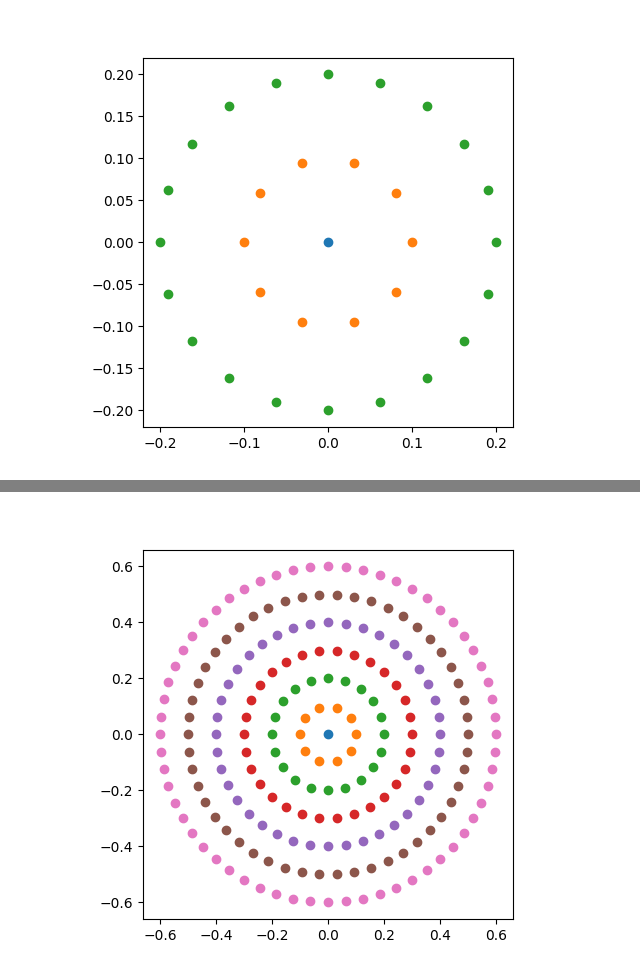
Repository: moein1379/DeepLearning
Script's output: python pandaExercise.py
These files come from the project's save history. The script's output is drawn as it stood at one moment and after a run of saves; the edit follows.
Each picture stacks the figures in order, with grey between them; figures that are only written to a file come last. Random numbers start from a fixed seed.

Above is the script's output before, as saved 2021-03-04 19:29:15.

### pandaExercise.py
import numpy as np
import matplotlib.pyplot as plt

def circle_points(r, n):
    circles = []
    for r, n in zip(r, n):
        t = np.linspace(0, 2*np.pi, n, endpoint=False)
        x = r * np.cos(t)
        y = r * np.sin(t)
        circles.append(np.c_[x, y])
    return circles
r = [0, 0.1, 0.2]
n = [1, 10, 20]
circles = circle_points(r, n)
fig, ax = plt.subplots()
for circle in circles:
    ax.scatter(circle[:, 0], circle[:, 1])
ax.set_aspect('equal')
plt.show()
n = [1, 10, 20, 30, 40, 50, 60]
r = [0.0, 0.1, 0.2, 0.3, 0.4, 0.5, 0.6]
circles = circle_points(r, n)

fig, ax = plt.subplots()
for circle in circles:
    ax.scatter(circle[:, 0], circle[:, 1])
ax.set_aspect('equal')
plt.show()

After the next 3 saves:
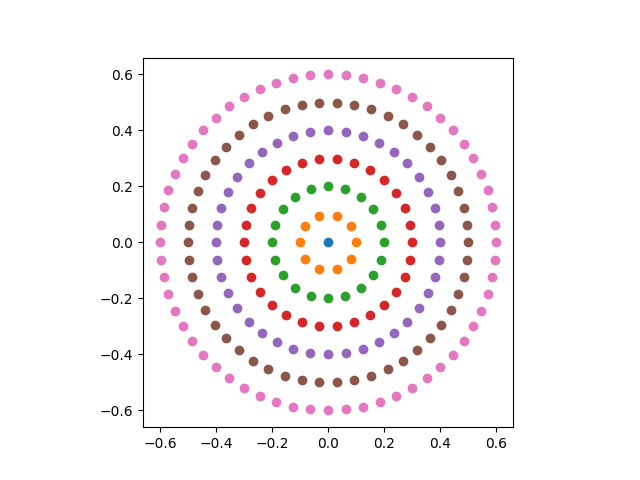
The 3 saves are shown as one change because they came seconds apart.
The last was saved 35 s later.
--- a/pandaExercise.py
+++ b/pandaExercise.py
@@ -9,20 +9,11 @@ def circle_points(r, n):
         y = r * np.sin(t)
         circles.append(np.c_[x, y])
     return circles
-r = [0, 0.1, 0.2]
-n = [1, 10, 20]
+n = [1, 10, 20, 30, 40, 50, 60]
+r = [0.0, 0.1, 0.2, 0.3, 0.4, 0.5, 0.6]
 circles = circle_points(r, n)
 fig, ax = plt.subplots()
 for circle in circles:
     ax.scatter(circle[:, 0], circle[:, 1])
 ax.set_aspect('equal')
 plt.show()
-n = [1, 10, 20, 30, 40, 50, 60]
-r = [0.0, 0.1, 0.2, 0.3, 0.4, 0.5, 0.6]
-circles = circle_points(r, n)
-
-fig, ax = plt.subplots()
-for circle in circles:
-    ax.scatter(circle[:, 0], circle[:, 1])
-ax.set_aspect('equal')
-plt.show()
